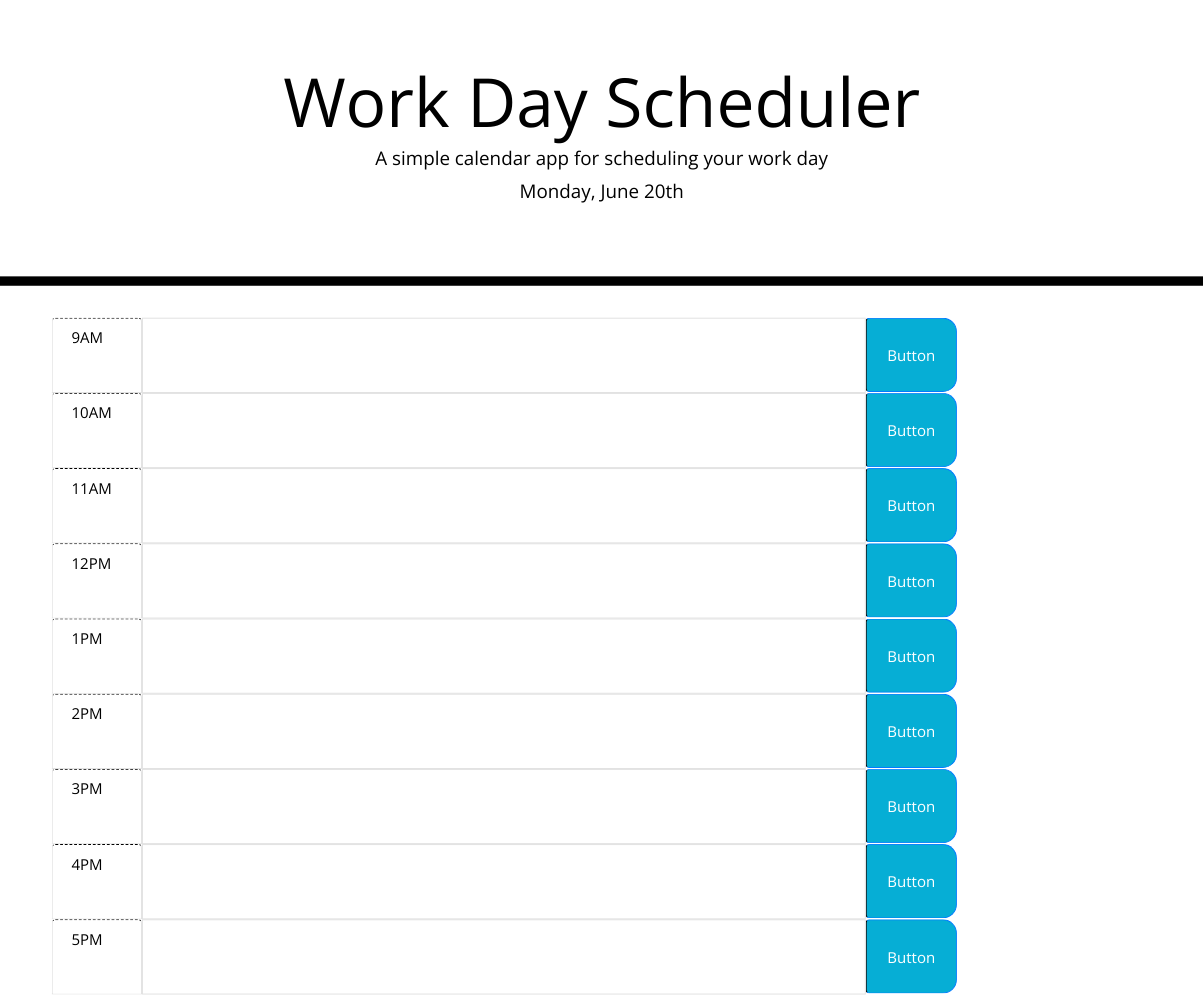
Repository: dtierney21/work-day-scheduler
Page: index.html
The author's editor kept a copy of each file at every save. The page is drawn from the files as they stood at one save, then again after the next save.
The browser window is 1280 px wide. The pictures show the whole page, at 94% of full size.
Some web libraries are served in a nearby version.

Above is the page before, as saved 2022-06-28 12:18:17.

### index.html
<!DOCTYPE html>
<html lang="en">
  <head>
    <meta charset="UTF-8" />
    <meta name="viewport" content="width=device-width, initial-scale=1.0" />
    <meta http-equiv="X-UA-Compatible" content="ie=edge" />
    <link
      rel="stylesheet"
      href="https://stackpath.bootstrapcdn.com/bootstrap/4.3.1/css/bootstrap.min.css"
    />
    <link
      rel="stylesheet"
      href="https://use.fontawesome.com/releases/v5.8.1/css/all.css"
      integrity="sha384-50oBUHEmvpQ+1lW4y57PTFmhCaXp0ML5d60M1M7uH2+nqUivzIebhndOJK28anvf"
      crossorigin="anonymous"
    />
    <link
      href="https://fonts.googleapis.com/css?family=Open+Sans&display=swap"
      rel="stylesheet"
    />
    <link rel="stylesheet" href="./assets/css/style.css" />
    <title>Work Day Scheduler</title>
  </head>

  <body>
    <header class="jumbotron">
      <h1 class="display-3">Work Day Scheduler</h1>
      <p class="lead">A simple calendar app for scheduling your work day</p>
      <p id="currentDay" class="lead"></p>
    </header>
    <section class="container">
        <div class="row">
      <!-- Timeblocks go here -->
            <ul class="list-group col-12">
                <div class="row">
                    <li class="list-group-item hour col-1">9AM</li>
                    <li class="list-group-item col-8"></li>
                    <button class="btn btn-primary  saveBtn col-1" type="submit">Button</button>
                </div>
                <div class="row">
                    <li class="list-group-item hour col-1">10AM</li>
                    <li class="list-group-item col-8"></li>
                    <button class="btn btn-primary  saveBtn col-1" type="submit">Button</button>
                </div>
                <div class="row">
                    <li class="list-group-item hour col-1">11AM</li>
                    <li class="list-group-item col-8"></li>
                    <button class="btn btn-primary  saveBtn col-1" type="submit">Button</button>
                </div>
                <div class="row">
                    <li class="list-group-item hour col-1">12PM</li>
                    <li class="list-group-item col-8"></li>
                    <button class="btn btn-primary  saveBtn col-1" type="submit">Button</button>
                </div>
                <div class="row">
                    <li class="list-group-item hour col-1">1PM</li>
                    <li class="list-group-item col-8"></li>
                    <button class="btn btn-primary  saveBtn col-1" type="submit">Button</button>
                </div>
                <div class="row">
                    <li class="list-group-item hour col-1">2PM</li>
                    <li class="list-group-item col-8"></li>
                    <button class="btn btn-primary  saveBtn col-1" type="submit">Button</button>
                </div>
                <div class="row">
                    <li class="list-group-item hour col-1">3PM</li>
                    <li class="list-group-item col-8"></li>
                    <button class="btn btn-primary  saveBtn col-1" type="submit">Button</button>
                </div>
                <div class="row">
                    <li class="list-group-item hour col-1">4PM</li>
                    <li class="list-group-item col-8"></li>
                    <button class="btn btn-primary  saveBtn col-1" type="submit">Button</button>
                </div>
                <div class="row">
                    <li class="list-group-item hour col-1">5PM</li>
                    <li class="list-group-item col-8"></li>
                    <button class="btn btn-primary  saveBtn col-1" type="submit">Button</button>
                </div>
            </ul>
        </div>
    </section>

    <script src="https://cdnjs.cloudflare.com/ajax/libs/jquery/3.5.1/jquery.min.js"></script>
    <script src="https://cdnjs.cloudflare.com/ajax/libs/moment.js/2.24.0/moment.min.js"></script>
    <script src="./assets/js/script.js"></script>
  </body>
</html>

### assets/css/style.css
body {
  font-family: 'Open Sans', sans-serif;
  font-size: 16px;
  line-height: 1;
}

textarea {
  background: transparent;
  border: none;
  resize: none;
  color: #000000;
  border-left: 1px solid black;
  padding: 10px;
}

.jumbotron {
  text-align: center;
  background-color: transparent;
  color: black;
  border-radius: 0;
  border-bottom: 10px solid black;
}

.description {
  white-space: pre-wrap;
}

.time-block {
  text-align: center;
  border-radius: 15px;
}

.row {
  white-space: pre-wrap;
  height: 80px;
  border-top: 1px solid white;
}

.hour {
  background-color: #ffffff;
  color: #000000;
  border-top: 1px dashed #000000;
}

.past {
  background-color: #d3d3d3;
  color: white;
}

.present {
  background-color: #ff6961;
  color: white;
}

.future {
  background-color: #77dd77;
  color: white;
}

.saveBtn {
  border-left: 1px solid black;
  border-top-right-radius: 15px;
  border-bottom-right-radius: 15px;
  background-color: #06aed5;
  color: white;
}

.saveBtn i:hover {
  font-size: 20px;
  transition: all 0.3s ease-in-out;
}

### assets/js/script.js
var now = moment();
console.log(now);

var currentDayEl = $('#currentDay');
var today = moment().format('dddd, MMMM Do');


currentDayEl.text(today);

After the next save:
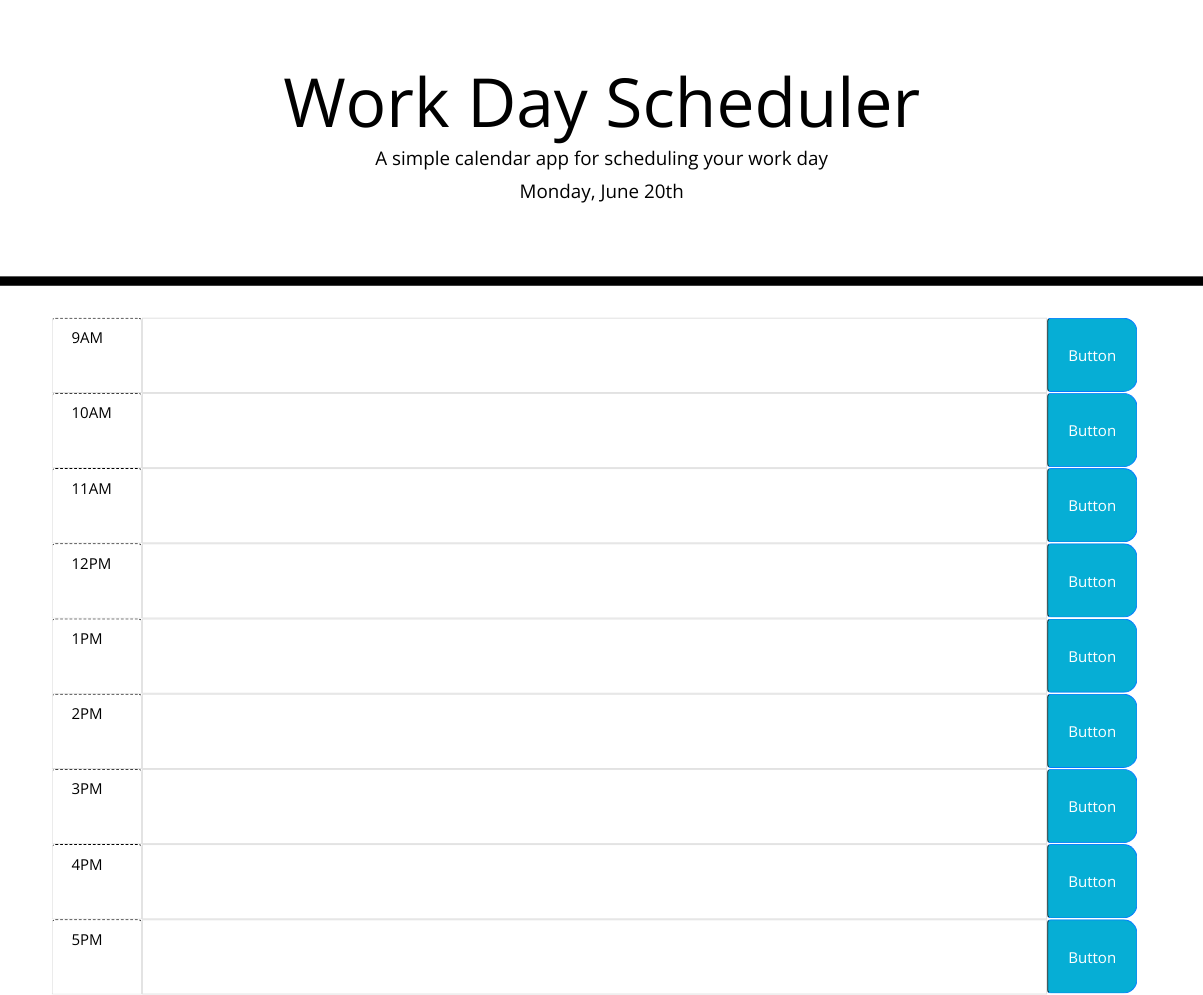
Saved 28 s later.
--- a/index.html
+++ b/index.html
@@ -34,47 +34,47 @@
             <ul class="list-group col-12">
                 <div class="row">
                     <li class="list-group-item hour col-1">9AM</li>
-                    <li class="list-group-item col-8"></li>
+                    <li class="list-group-item col-10"></li>
                     <button class="btn btn-primary  saveBtn col-1" type="submit">Button</button>
                 </div>
                 <div class="row">
                     <li class="list-group-item hour col-1">10AM</li>
-                    <li class="list-group-item col-8"></li>
+                    <li class="list-group-item col-10"></li>
                     <button class="btn btn-primary  saveBtn col-1" type="submit">Button</button>
                 </div>
                 <div class="row">
                     <li class="list-group-item hour col-1">11AM</li>
-                    <li class="list-group-item col-8"></li>
+                    <li class="list-group-item col-10"></li>
                     <button class="btn btn-primary  saveBtn col-1" type="submit">Button</button>
                 </div>
                 <div class="row">
                     <li class="list-group-item hour col-1">12PM</li>
-                    <li class="list-group-item col-8"></li>
+                    <li class="list-group-item col-10"></li>
                     <button class="btn btn-primary  saveBtn col-1" type="submit">Button</button>
                 </div>
                 <div class="row">
                     <li class="list-group-item hour col-1">1PM</li>
-                    <li class="list-group-item col-8"></li>
+                    <li class="list-group-item col-10"></li>
                     <button class="btn btn-primary  saveBtn col-1" type="submit">Button</button>
                 </div>
                 <div class="row">
                     <li class="list-group-item hour col-1">2PM</li>
-                    <li class="list-group-item col-8"></li>
+                    <li class="list-group-item col-10"></li>
                     <button class="btn btn-primary  saveBtn col-1" type="submit">Button</button>
                 </div>
                 <div class="row">
                     <li class="list-group-item hour col-1">3PM</li>
-                    <li class="list-group-item col-8"></li>
+                    <li class="list-group-item col-10"></li>
                     <button class="btn btn-primary  saveBtn col-1" type="submit">Button</button>
                 </div>
                 <div class="row">
                     <li class="list-group-item hour col-1">4PM</li>
-                    <li class="list-group-item col-8"></li>
+                    <li class="list-group-item col-10"></li>
                     <button class="btn btn-primary  saveBtn col-1" type="submit">Button</button>
                 </div>
                 <div class="row">
                     <li class="list-group-item hour col-1">5PM</li>
-                    <li class="list-group-item col-8"></li>
+                    <li class="list-group-item col-10"></li>
                     <button class="btn btn-primary  saveBtn col-1" type="submit">Button</button>
                 </div>
             </ul>
